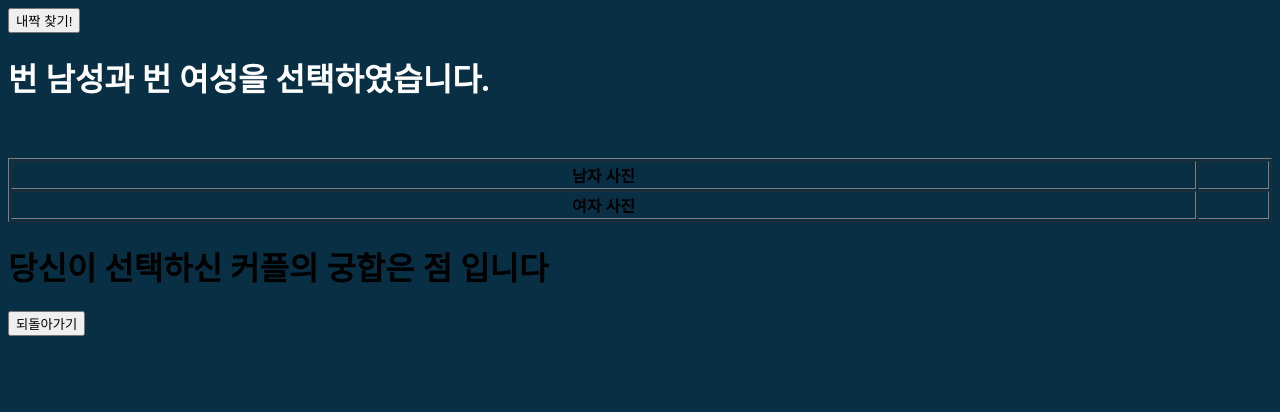
Repository: trapezer84/JSP
Page: http://localhost/AEA_Assignment/list.jsp
These files come from the project's save history. The page is drawn as it stood at one moment and after the next save; the edit follows.
The browser window is 1280 px wide. The pictures show the whole page.
The page is served by Tomcat 9. Other server files are loaded and not shown. The template is opened directly, without the code that normally fills it, so the values that code supplies are empty.

Above is the page before, as saved 2016-02-05 00:20:05.

### AEA_Assignment/WebContent/list.jsp
<%@ page language="java" contentType="text/html; charset=UTF-8"
	pageEncoding="UTF-8"%>
<%@ taglib prefix="c" uri="http://java.sun.com/jsp/jstl/core"%>
<!DOCTYPE html>
<html>
<head>
<meta http-equiv="Content-Type" content="text/html; charset=UTF-8">
<title>Insert title here</title>
</head>
<body bgcolor="#082f43">

	<a href="http://www.gayeon.com/guide/event_10th.asp" target="_blank">
		<button type="button" onclick="alert('잘 생각 하셨습니다!')">내짝 찾기!</button>
	</a>


	<br />
	<h1 style="color: white">

	<span style="color:red">${ man }</span>번 남성과 <span style="color:red"> ${ woman }</span>번 여성을 선택하였습니다.</h1>

	<br />
	<br />


	<table border="1" style="width: 100%">
		<tr>
			<th>남자 사진</th>
			<td><c:if test="${man == 1 }">
					<img
						src="http://www.fashionseoul.com/wp-content/uploads/2014/02/20140203_TNGT_LeeJinWook-1.jpg"
						width="242" height="300" />
				</c:if> <c:if test="${man == 2 }">
					<img
						src="https://s-media-cache-ak0.pinimg.com/236x/2a/0d/40/2a0d40b832ada4ad59a0372a74af5a98.jpg"
						width="242" height="300" />
				</c:if> <c:if test="${man == 3 }">
					<img
						src="http://www.justmedia.co.kr/news/photo/201512/1105_809_2311.jpg"
						width="242" height="300" />
				</c:if> <c:if test="${man == 4 }">
					<img
						src="http://pds.joins.com/news/component/osen/201106/14/201106141123772500_1.jpg"
						width="242" height="300" />
				</c:if></td>
		</tr>

		<tr>
			<th>여자 사진</th>
			<td>
				<c:if test="${woman == 1 }">
					<img
						src="http://thestar.chosun.com/site/data/img_dir/2011/02/18/2011021800649_0.jpg"
						width="242" height="300" />
				</c:if> <c:if test="${woman == 2 }">
					<img
						src="http://www.iworldtoday.com/news/photo/201602/185426_59589_165.jpg"
						width="242" height="300"/>
				</c:if> <c:if test="${woman == 3 }">
					<img
						src="http://img.etoday.co.kr/pto_db/2015/07/600/20150729095216_684468_656_870.jpg"
						width="242" height="300" />
				</c:if> <c:if test="${woman == 4 }">
					<img
						src="https://file2.instiz.net/data/file2/2015/11/19/1/3/3/1331ca94dce6692b630b56d3acc72d41.jpg"
						width="242" height="300"/>
				</c:if>
			</td>
		</tr>

	</table>


	<div>
		<h1> 당신이 선택하신 커플의 궁합은 ${ score }점 입니다 </h1>
	</div>

	<div>
		<a href="./index.jsp"> <input type="button" value="되돌아가기" />
		</a>
	</div>

</body>
</html>

After the next save:
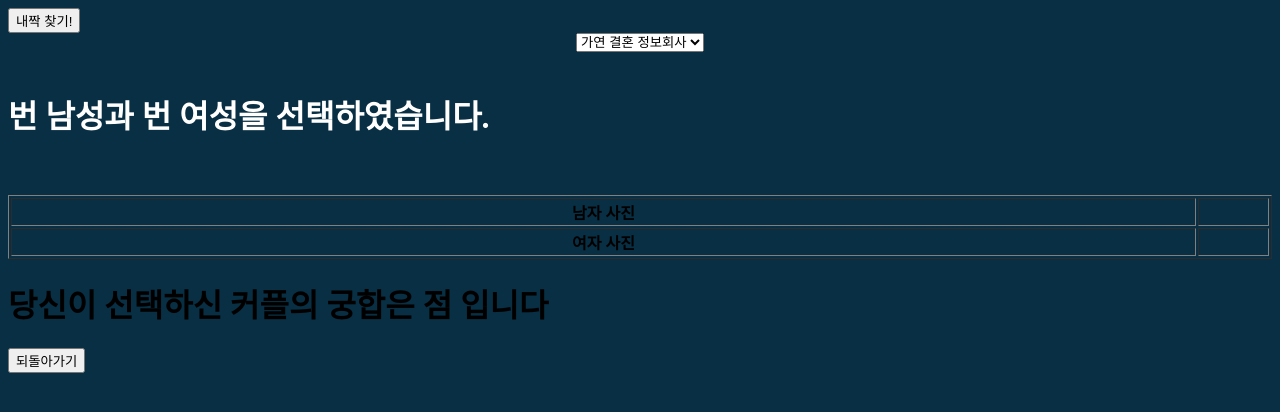
Saved 7 s later.
--- a/AEA_Assignment/WebContent/list.jsp
+++ b/AEA_Assignment/WebContent/list.jsp
@@ -13,6 +13,14 @@
 		<button type="button" onclick="alert('잘 생각 하셨습니다!')">내짝 찾기!</button>
 	</a>
 
+	<div align="center">
+		<select name="carlist" form="carform">
+			<option value="pageA">가연 결혼 정보회사</option>
+			<option value="pageB">결혼해 듀오</option>
+			<option value="pageC">디노블 결혼회사</option>
+			<option value="pageD">기연이의 블로그</option>
+		</select>
+	</div>
 
 	<br />
 	<h1 style="color: white">
